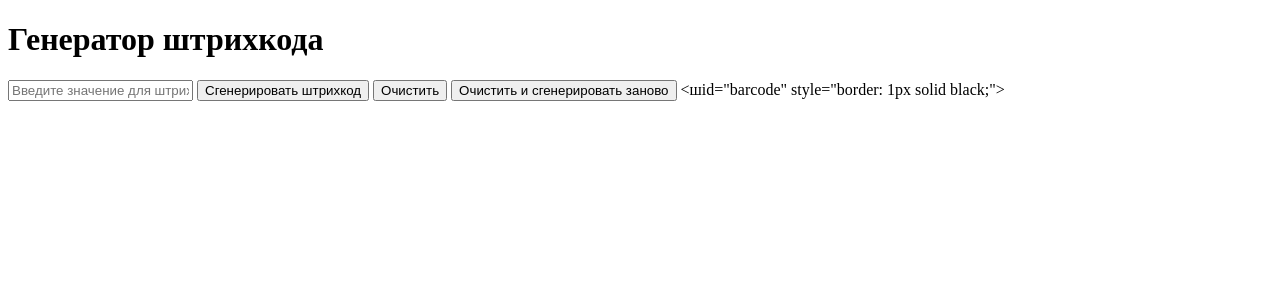
Repository: PavelBokun/barCode
Page: barcode2.html
The author's editor kept a copy of each file at every save. The page is drawn from the files as they stood at one save, then again after a run of saves.
The browser window is 1280 px wide. The pictures show the whole page.

Above is the page before, as saved 2024-09-04 22:00:18.

After the next 3 saves:
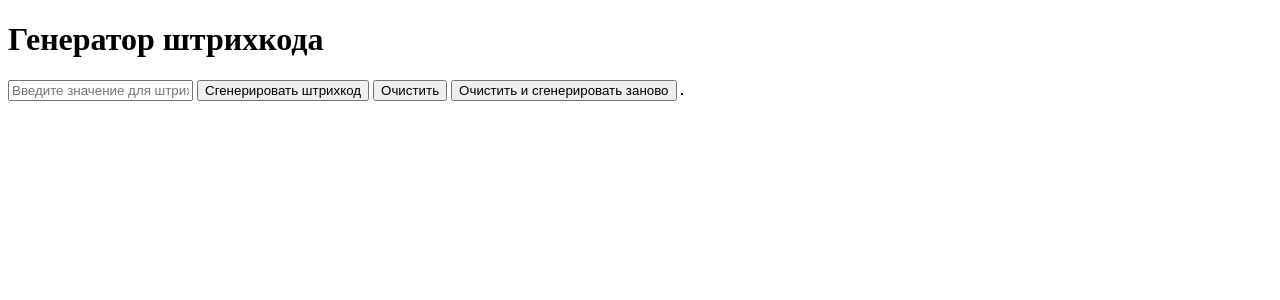
The 3 saves are shown as one change because they came seconds apart.
The last was saved 8 s later.
--- a/barcode2.html
+++ b/barcode2.html
@@ -14,7 +14,7 @@
 <button onclick="clearBarcode()">Очистить</button>
 <button onclick="clearAndRegenerateBarcode()">Очистить и сгенерировать заново</button>
 
-<шid="barcode" style="border: 1px solid black;"></canvas>
+<img id="barcode" style="border: 1px solid black;"></canvas>
 
 <script>
 function generateBarcode() {
